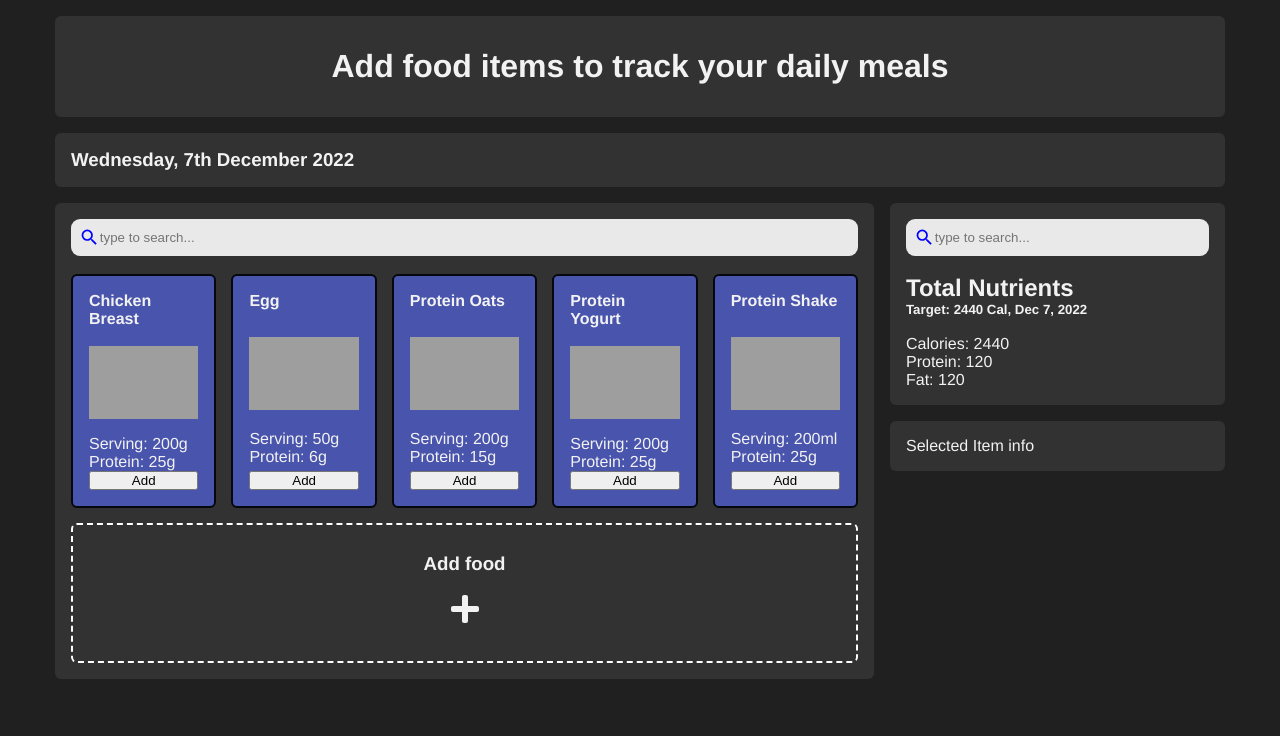
Repository: CEEPREL/NutritionTracker
Page: /
These files come from the project's save history. The page is drawn as it stood at one moment and after the next save; the edit follows.
The browser window is 1280 px wide. The pictures show the whole page.
Pictures or frames that could not be fetched are drawn as grey boxes. The project was rebuilt for these pictures with package versions that can differ from the ones it lists, and the page was loaded fresh each time. Also part of the build but not shown: vite.config.js.

Above is the page before, as saved 2022-12-08 20:09:31.

### public/index.html
<!DOCTYPE html>
<html lang="en">

<head>
  <meta charset="utf-8" />
  <link rel="icon" href="%PUBLIC_URL%/favicon.ico" />
  <meta name="viewport" content="width=device-width, initial-scale=1" />
  <meta name="theme-color" content="#000000" />
  <meta name="description" content="Web site created using create-react-app" />
  <link rel="apple-touch-icon" href="%PUBLIC_URL%/logo192.png" />
  <!--
      manifest.json provides metadata used when your web app is installed on a
      user's mobile device or desktop. See https://developers.google.com/web/fundamentals/web-app-manifest/
    -->
  <link rel="manifest" href="%PUBLIC_URL%/manifest.json" />
  <!--
      Notice the use of %PUBLIC_URL% in the tags above.
      It will be replaced with the URL of the `public` folder during the build.
      Only files inside the `public` folder can be referenced from the HTML.

      Unlike "/favicon.ico" or "favicon.ico", "%PUBLIC_URL%/favicon.ico" will
      work correctly both with client-side routing and a non-root public URL.
      Learn how to configure a non-root public URL by running `npm run build`.
    -->
  <title>React App</title>
  <!-- CSS only
  <link href="https://cdn.jsdelivr.net/npm/bootstrap@5.2.3/dist/css/bootstrap.min.css" rel="stylesheet"
    integrity="sha384-rbsA2VBKQhggwzxH7pPCaAqO46MgnOM80zW1RWuH61DGLwZJEdK2Kadq2F9CUG65" crossorigin="anonymous"> -->

</head>

<body>
  <noscript>You need to enable JavaScript to run this app.</noscript>
  <div id="root"></div>

  <!-- JavaScript Bundle with Popper -->
  <!-- <script src="https://cdn.jsdelivr.net/npm/bootstrap@5.2.3/dist/js/bootstrap.bundle.min.js"
    integrity="sha384-kenU1KFdBIe4zVF0s0G1M5b4hcpxyD9F7jL+jjXkk+Q2h455rYXK/7HAuoJl+0I4"
    crossorigin="anonymous"></script> -->

</body>

</html>

### src/App.js
/* eslint-disable jsx-a11y/img-redundant-alt */
import React, { useState, useEffect } from 'react';
import './App.css';
import './styles/searchFood.css';
import data from './data';

import CalculateNutrients from './components/CalculateNutrients';
import FoodList from './components/FoodList';
import Header from './components/Header';

const App = () => {

  //   const [foods, setFoods] = useState([
  //     {
  //         name: "Chicken Breast",
  //         size: "200g",
  //         protein: "25g",
  //         category: "lunch"
  //     }, {
  //         name: "Egg",
  //         size: "50g",
  //         protein: "6g",
  //         category: "breakfast"
  //     }, {
  //         name: "Protein Oats",
  //         size: "200g",
  //         protein: "15g",
  //         category: "breakfast"
  //     }, {
  //         name: "Protein Yogurt",
  //         size: "200g",
  //         protein: "25g",
  //         category: "breakfast"
  //     }, {
  //         name: "Protein Shake",
  //         size: "200ml",
  //         protein: "25g",
  //         category: "lunch"
  //     }
  //  ]);

  const { food_data } = data;
  return (
    <div className="container">
      <Header />

      <div className="wrapper-card">
        <h3>Wednesday, 7th December 2022</h3>
      </div>

      <div className="row">

        <div className="col-left">
          <div className="wrapper-card">
            <FoodList food_data={food_data} />
          </div>
        </div>

        <div className="col-right">
          <div className="wrapper-card">
            <CalculateNutrients />
          </div>

          <div className="wrapper-card">
            Selected Item info
          </div>

        </div>

      </div>

    </div>
  );
}



export default App;

### src/App.css
* {
  margin: 0;
  padding: 0;
  box-sizing: border-box;
}

code {
  font-family: source-code-pro, Menlo, Monaco, Consolas, 'Courier New',
    monospace;
}

body {
  font-family: 'Helvetica', BlinkMacSystemFont, 'Segoe UI', 'Roboto', 'Oxygen',
    'Ubuntu', 'Cantarell', 'Fira Sans', 'Droid Sans', 'Helvetica Neue',
    sans-serif;
  -webkit-font-smoothing: antialiased;
  -moz-osx-font-smoothing: grayscale;
  background: #202020;
  color: #F2F2F2;
}

.container {
  max-width: 1200px;
  justify-content: center;
  align-items: center;
  margin-left: auto;
  margin-right: auto;
  margin-top: 1rem;
  padding-right: 15px;
  padding-left: 15px;
  min-height: 100vh;
}

.header {
  padding: 2rem;
  background-color:  #323232;
  display: flex;
  flex-direction: column;
  align-items: center;
  justify-content: center;
  margin-bottom: 1rem;
  border-radius: 6px;
}

.col-left{
  float: left;
  width: 70%;
}

.col-right{
  float: left;
  width: 30%;
  padding-left: 1rem;
}

.wrapper-card {
  background-color: #323232;
  padding: 1rem;
  border-radius: 6px;
  margin-bottom: 1rem;
}

.foodList {
  display: flex;
  flex-wrap: wrap;
  gap:15px;

  /* display: grid;
  grid-gap: 1rem;
  grid-template-columns: repeat(auto-fill, minmax(180px, 1fr)); */
}

.food-card {
  min-height:8rem;
  min-width:9rem;

  border-radius: 6px;
  background-color: #4954ad;
  border: 2px solid rgb(4, 7, 12);
  padding: 1rem;

  display: flex;
  flex-direction: column;
  align-items: left;
  justify-content: space-between;
  flex: 0.5;
  cursor: pointer;

}

.food-nutrients {
  padding-top: 1rem;
  padding-top: 1rem;
}
.new-card{
  min-height:140px;
  min-width:  18rem;
  border-radius: 6px;
  border: 2px dashed rgb(255, 255, 255);
  padding: 1rem;

  display: flex;
  flex-direction: column;
  align-items: center;
  justify-content: center;
  flex: 1;
  cursor: pointer;
}

@media screen and (max-width: 960px) {
  .col-left, .col-right {
    width: 100%;
    padding: 0;
  }
}


/* Clear floats after the columns
.row:after {
  content: "";
  display: table;
  clear: both;
} */

### src/styles/searchFood.css
.searchFood {
    padding: 0.5rem;
    background-color:  #323232;
    display: flex;
    align-items: center;
    background-color: rgb(233,233,233);
    border-radius: 9px;

  }
  .searchFood input {
    border: none;
    background-color: rgb(233,233,233);

  }

  .searchFood input:focus {
    outline: none;
  }

### src/data.js

const data = {

    food_data: [
        {
            id: '1',
            name: "Chicken Breast",
            size: "200g",
            protein: "25g",
            category: "lunch",
            image: 'https://picsum.photos/id/190/2400/1600/'
        }, {
            id: '2',
            name: "Egg",
            size: "50g",
            protein: "6g",
            category: "breakfast",
            image: 'https://picsum.photos/id/170/2400/1600/'
        }, {
            id: '3',
            name: "Protein Oats",
            size: "200g",
            protein: "15g",
            category: "breakfast",
            image: 'https://picsum.photos/id/180/2400/1600/'
        }, {
            id: '4',
            name: "Protein Yogurt",
            size: "200g",
            protein: "25g",
            category: "breakfast",
            image: 'https://picsum.photos/id/170/2400/1600/'
        }, {
            id: '5',
            name: "Protein Shake",
            size: "200ml",
            protein: "25g",
            category: "lunch",
            image: 'https://picsum.photos/id/130/2400/1600/'
        }
    ],
};

export default data;

### src/components/CalculateNutrients.js
import React from 'react'
import SearchFood from './SearchFood'

function CalculateNutrients() {
  return (
    <div className="calculateNutrients">
      <SearchFood/>
      <br></br>
      <h2>Total Nutrients</h2>
      <h5>Target: 2440 Cal, Dec 7, 2022</h5>
      <br></br>
      <p>Calories: 2440</p>
      <p>Protein: 120</p>
      <p>Fat: 120</p>
    </div>
  )
}

export default CalculateNutrients

### src/components/FoodList.js
import { FaPlus } from 'react-icons/fa';
import Food from './Food';
import SearchFood from './SearchFood';

const FoodList = ({ food_data }) => {
    return (
        <div>
            <SearchFood />
            <br></br>

            <div className="foodList">
                {food_data.map((food) =>
                    <Food
                        key={food.id}
                        name={food.name}
                        size={food.size}
                        protein={food.protein}
                        image={food.image}
                    />
                )}

                {/*
                <Food name="Salad" serving="300g" protein="4g" />
                <Food name="Chicken" serving="500g" protein="21g" />
                <Food name="Peanut Butter" serving="30g" protein="6g" />
                <Food name="Peanut Butter" serving="30g" protein="6g" />
                <Food name="Peanut Butter" serving="30g" protein="6g" />
                <Food />
                */}
                <div className="new-card">
                    <h3>Add food </h3><br></br>
                    <h1><FaPlus /></h1>

                </div>
            </div>
        </div>

    )
}

export default FoodList

### src/components/Header.js
import React from 'react'
import SearchFood from './SearchFood'

function Header(props) {
    return (

        <div className="header">
            <h1>Add food items to track your daily meals</h1>
        </div>

    )
}

export default Header

### src/components/SearchFood.js
import React from 'react'
import { MdSearch } from 'react-icons/md'

function SearchFood() {
    return (
        <div className="searchFood">
            <MdSearch className="search-icons" size="1.3em" color="blue"/>
            <input
                // onChange={(event) => handleSearchNote(event.target.value)}
                type="text"
                placeholder="type to search...">

            </input>
        </div>
    )
}

export default SearchFood

### src/components/Food.js
import React from 'react'

const Food = ({ id, name, size, protein, image }) => {
    return (
        <div className="food-card">

            <h4><strong>{name}</strong></h4>
            <br></br>
            <img className="small" src={image} alt={name}></img>
            <div className="food-nutrients">
                <p>Serving: {size}</p>
                <p>Protein: {protein}</p>
            </div>
            <button>Add</button>

        </div>
    )
}

Food.defaultProps = {
    name: "Enter Food",
    serving: "0g",
    protein: "0g"
}

export default Food

Loaded but not shown: src/index.js (common file)

After the next save:
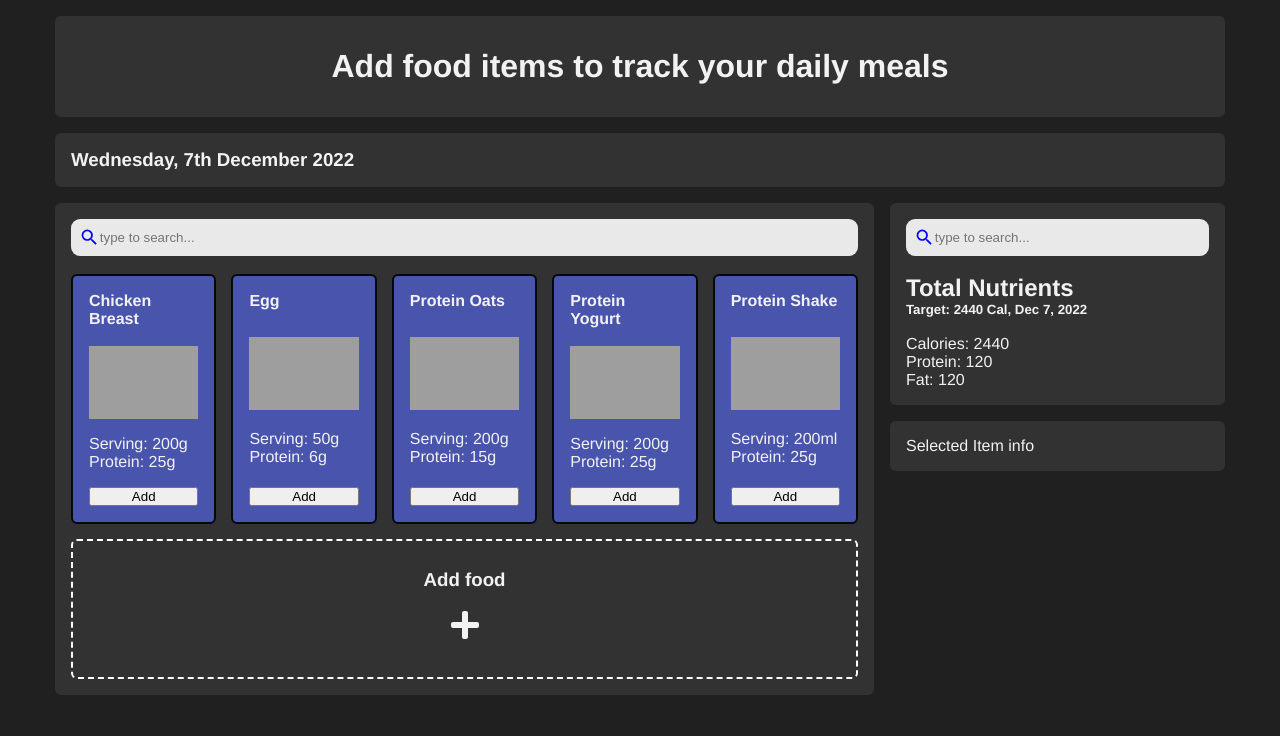
Saved 4 s later.
--- a/src/App.css
+++ b/src/App.css
@@ -90,7 +90,7 @@ body {
 
 .food-nutrients {
   padding-top: 1rem;
-  padding-top: 1rem;
+  padding-bottom: 1rem;
 }
 .new-card{
   min-height:140px;
